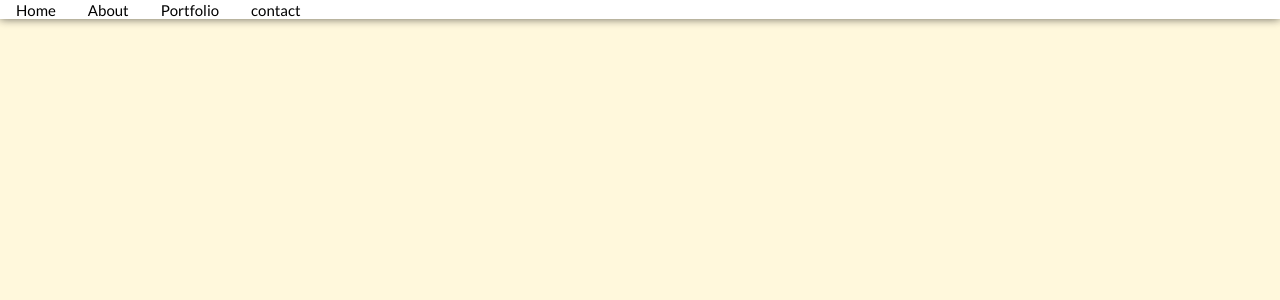
Repository: xd25vn/project-error
Page: index.html
An editor plug-in stored every save of this project. The page is shown before and after the next save, followed by the edit.
The browser window is 1280 px wide. The pictures show the whole page.

Above is the page before, as saved 2023-09-02 13:35:56.

### index.html
<html lang="en">
<head>
    <meta charset="UTF-8">
    <meta name="viewport" content="width=device-width, initial-scale=1.0">
    <title>TEMPLATE PARALLAX</title>
    <link rel="stylesheet" href="./assets/base.css">
    <link rel="stylesheet" href="./assets/main.css">
    <link rel="stylesheet" href="https://fonts.googleapis.com/css?family=Lato">
</head>
<body>
    <header>
        <ul id="nav">
            <li><a href="#">Home</a></li>
            <li><a href="#">About</a></li>
            <li><a href="#">Portfolio</a></li>
            <li><a href="#">contact</a></li>
        </ul>
    </header>

    <div id="sidebar">

    </div>

    <div id="content">
        <div class="about">

        </div>

        <div class="portfolio">

        </div>

        <div class="my-work">

        </div>

        <div class="contact">

        </div>

        <div class="map-work">

        </div>
    </div>

    <footer id="footer">

    </footer>
</body>
</html>

### assets/base.css
* {
    margin: 0;
    padding: 0;
    box-sizing: border-box;
}
body {
    background-color: #fff8dc;
    font-family: "Lato", sans-serif;
}

### assets/main.css
header #nav {
    display: flex;
    background-color: #fff;
    box-shadow: 0 0 10px rgba(0, 0, 0, 0.6);
    list-style: none;
}

header #nav li a {
    text-decoration: none;
    color: #000;
    font-size: 15px;
    padding: 8px 16px;
}

After the next save:
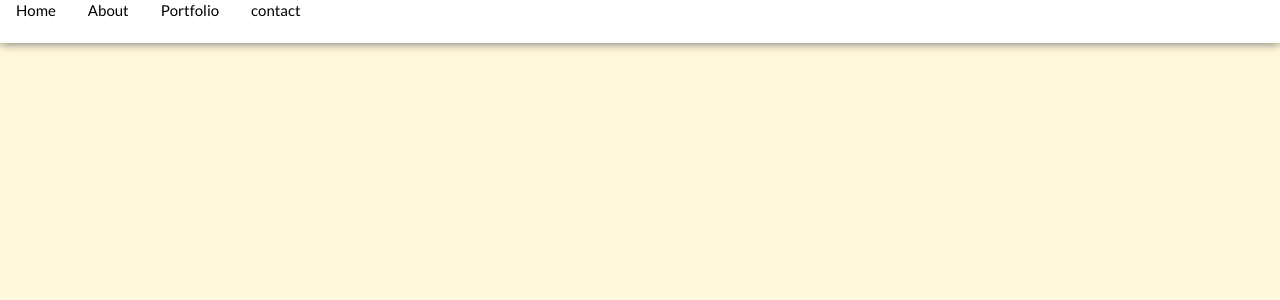
Saved 9 s later.
--- a/assets/main.css
+++ b/assets/main.css
@@ -1,5 +1,7 @@
 header #nav {
     display: flex;
+    height: 43px;
+    width: 100%;
     background-color: #fff;
     box-shadow: 0 0 10px rgba(0, 0, 0, 0.6);
     list-style: none;
